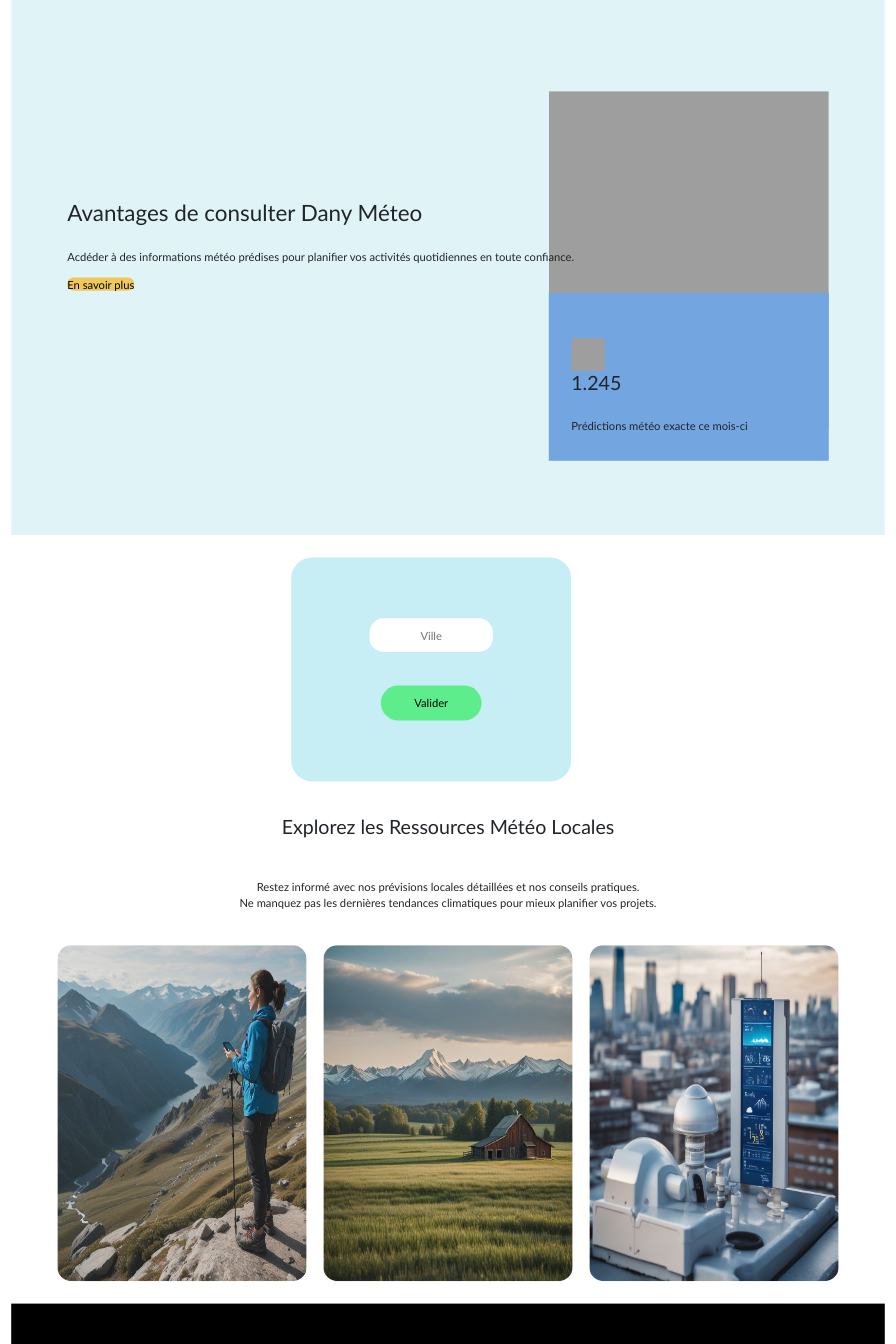
Repository: Dany-py/Meteo
Page: Meteo/templates/Accueil.html
The author's editor kept a copy of each file at every save. The page is drawn from the files as they stood at one save, then again after a run of saves.
The browser window is 1280 px wide. The pictures show the part of the page from y = 1515 to 3435 px (the page is 3554 px tall), at 70% of full size.
Pictures or frames that could not be fetched are drawn as grey boxes. The template is drawn by Django 5.2. The application's start-up code is not run. Other server files are loaded and not shown. The template is opened directly, without the code that normally fills it, so the values that code supplies are empty.

Above is the page before, as saved 2024-11-18 14:06:30.

### MeteoDjango/MeteoDjango/Meteo/templates/Accueil.html
{% load static %}

<!DOCTYPE html>
<html>

<head>
  <meta charset="utf-8">
  <meta name="viewport" content="width=device-width">
  <title>Accueil_Meteo</title>
  <link href="https://cdn.jsdelivr.net/npm/bootstrap@5.3.3/dist/css/bootstrap.min.css" rel="stylesheet" integrity="sha384-QWTKZyjpPEjISv5WaRU9OFeRpok6YctnYmDr5pNlyT2bRjXh0JMhjY6hW+ALEwIH" crossorigin="anonymous">
  <script src="https://cdn.jsdelivr.net/npm/bootstrap@5.3.3/dist/js/bootstrap.bundle.min.js" integrity="sha384-YvpcrYf0tY3lHB60NNkmXc5s9fDVZLESaAA55NDzOxhy9GkcIdslK1eN7N6jIeHz" crossorigin="anonymous"></script>

  <link rel="stylesheet" href="{% static 'css/accueil.css' %}">
</head>

<body>
  <nav class="navbar navbar-expand-md" style="background-color:#FBFCFC; position: fixed; width: 100%; top: 0;">

    <div class="container" id="nav">
      <div class="row">
        <div class="col-md-5"></div>
        <div class="col-md-7">
          <div class="row">
            <div class="col-md-4">
              <a class = "btn" href = "{% url 'Meteo:accueil' %}">
                Accueil
              </a>
            </div>
            <div class="col-md-4">
              <a class = "btn" href = "{% url 'Meteo:about' %}">
                About
              </a>
            </div>
            <div class="col-md-4">
              <a class = "btn" href = "{% url 'Meteo:contact' %}">
                Contact
              </a>
            </div>
          </div>
        </div>
      </div>
    </div>
  </nav>

  <div class = "container-fluid" id = "introduction">

    <h1>Bienvenue sur Dany Meteo</h1>
    <br><br><br><br>
    <p>Découvrez les prévisions météo locales et des conseils pratiques pour comprendre les tendances climatiques.</p>
    <br><br><br><br>
    <a href="#main_div">Commençons</a>
  </div>

  <div class = "container" id="img5">
    <img src="img/img5.jpeg">
  </div>

  <div class="container-fluid" id="div2">
    <div class="writen">
      <h2>Avantages de consulter Dany Méteo</h2> <br>
      <p>Acdéder à des informations météo prédises pour planifier vos activités quotidiennes en toute confiance.</p>
      <a href="">En savoir plus</a>
    </div>

    <div class="figure">
      <img src="img/img3.jpg">

      <span class="under_figure">
        <img src="img/neige.png" id="icon1">
        <h3>1.245</h3><br>
        <p>Prédictions météo exacte ce mois-ci</p>
      </span>
    </div>
  </div>

  <div class = "container" id="parent_main_div">
    <div class = "row">
      <div class = "col-md-4"></div>
      <div class = "col-md-4" id = "main_div">
        <input type="text" placeholder="Ville" id="input">
        <br><br>
        <button id = "btn">Valider</button>
      </div>
      <div class = "col-md-4"></div>
    </div>
  </div>

  <div class = "container" id = "div3">
    <h3>
      Explorez les Ressources Météo Locales
    </h3><br><br>
    <p>
      Restez informé avec nos prévisions locales détaillées et nos conseils pratiques.<br>Ne manquez pas les dernières tendances climatiques pour mieux planifier vos projets.
    </p>

    <div class="row">
      <div class="col-md-4">
        <img src="{% static 'img/img2.jpg' %}" alt="">
      </div>
      <div class="col-md-4">
        <img src="{% static 'img/img1.jpg' %}" alt="">
      </div>
      <div class="col-md-4">
        <img src="{% static 'img/img4.jpeg' %}" alt="">
      </div>
    </div>
  </div>

  <footer>
    <div class="container-fluid text-center">
      <p1>
        <br><br><br>
        Copyright &copy; 2024 Dany Meteo. Tous droits réservés.
      </p1>
    </div>
  </footer>

  <script src="{% static 'js/Accueil.js' %}" type = module></script>
</body>

</html>

### MeteoDjango/MeteoDjango/Meteo/static/css/accueil.css

body{
  font-family: Gill Sans, sans-serif;
  padding: 1em;
  align-items: center;
  justify-content: center;
}

button{
  background-color: #5eed8d;
  text-align: center;
  border : none;
  border-radius: 30px;
  width : 9rem;
  height: 50px;
}

h{
  font-weight: 900;
}


#introduction{
  text-align: center;
  margin-top: 2em;
  padding: 13em;
  border-radius: 2px;
  background: rgb(238,238,238);
  background: linear-gradient(34deg, rgba(238,238,238,0.34905660377358494) 26%, rgba(166,219,238,1) 46%, rgba(241,244,245,1) 71%);
}

a{
  text-decoration: none;
  color: black;
  background-color: #f0c85b;
  text-align: center;
  border : none;
  border-radius: 30px;
}

#img5{
  width: 100%;
  height: 70%;
}

img{
  width: 100%;
  height: 30rem;
  border-radius: 20px;
  margin-top: 2em;

}

#parent_main_div{
  display: flex;
  flex-grow: 1;
  flex-direction: column;
  justify-content: center;
  align-items: center;
}

#main_div{
  display: flex;
  flex-wrap: wrap;
  flex-direction: column;
  justify-content: center;
  align-items: center;
  background-color: #c8eef5;
  margin-top: 2em;
  width : 25rem;
  height: 20rem;
  border-radius: 30px;
}


input{
  border: none;
  text-align : center;
  width : 11rem;
  height: 3em;
  border-radius : 20px;
}


#div2{
  background-color: #e0f4f8;
  margin-top: 7em;
  padding: 5rem;
  width: 100%;
  height: 55rem;
}

.writen{
  transform: translateY(20rem);

}
.figure{
  float: right;
  width: 25rem;
  height: 10rem;
  display: flex;
  flex-grow: 1;
}
.figure img{
  border-radius: 0;
  flex-grow: 1;
}

.under_figure{
  background-color: #73a6e0;
  width: 25rem;
  height: 15rem;
  position: absolute;
  padding: 2em;
  margin-top: 20em;
}

#icon1{
  width: 3rem;
  height: 3rem;
}

#div3{
  text-align: center;
  margin-top: 3em;
}

#div3 img{
  -webkit-transition: all 0.2s;
  -moz-transition: all 0.2s;
  -ms-transition: all 0.2s;
  -o-transition: all 0.2s;
  transition: all 0.2s;
}

img:hover{
  transform:rotate3d(0,1,0,180deg);
}

footer{
  background-color: black;
  color: white;
  margin-top: 2em;
  width: 100%;
  height: 10em;
}

@media screen and (max-width : 450px) {

  #introduction{
    text-align: center;
    margin-top: 2em;
    width: 15rem;
    height: 50rem;
    padding: 5em;
    border-radius: 2px;
    background: rgb(238,238,238);
    background: linear-gradient(34deg, rgba(238,238,238,0.34905660377358494) 26%, rgba(166,219,238,1) 46%, rgba(241,244,245,1) 71%);
  }


  #main_div{
    display: flex;
    flex-wrap: wrap;
    flex-direction: column;
    justify-content: center;
    align-items: center;
    background-color: #c8eef5;
    margin-top: 2em;
    width : 15rem;
    height: 20rem;
    border-radius: 30px;
  }

  #div2{
    margin-top: 2em;
    padding: 2rem;
    width: 100%;
    height: 40rem;
  }

  .writen{
    transform: translateY(10rem);
  }
  .figure{
    display: none;
  }
}

### MeteoDjango/MeteoDjango/Meteo/static/js/Accueil.js

addEventListener("DOMContentLoaded", () => Ma_signature());

const input = document.querySelector("#input");

const response = document.querySelector("#response");

const button = document.querySelector("#btn");

button.addEventListener("click", () => Meteo_API());

function Meteo_API() {
  if(input.value == ""){
    alert("Veuillez saisir une ville");
  } else {
    fetch('api_request_view/', {
      method: 'POST',
      headers: {
        'Content-Type': 'application/json',
      },
      body: JSON.stringify({
        'town': input.value,
      })
    }).then((response) => {
      return response.json();
    }).then((data) => {
      const data_text = document.createElement("p");
      data_text.innerText = data.message;
      console.log(data);
      response.innerText = ""; // Assure que l'élément "response" est vidé
      response.appendChild(data_text); // Ajoute le paragraphe au DOM
    }).catch((error) => {
      console.error("Erreur lors de la requête:", error);
    });
  }
}



function Ma_signature() {
  const p =
    "Site réaliser par DEGBE Koffitsè Daniel. Contact : www.linkedin.com/in/daniel-degbe-a4078629b";
  console.log(p);
}

After the next 8 saves:
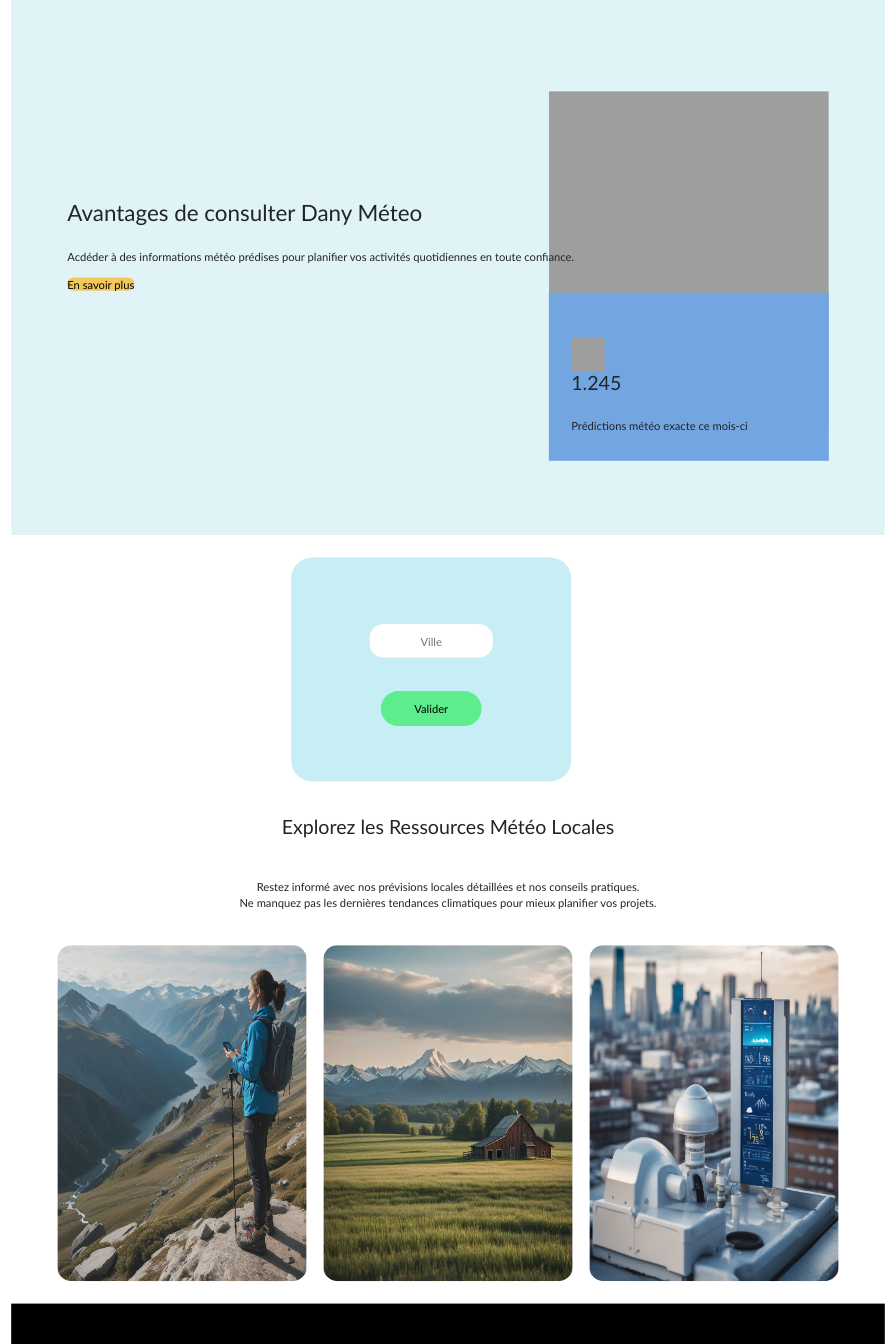
The 8 saves are shown as one change because they came seconds apart.
The last was saved 25 s later.
--- a/MeteoDjango/MeteoDjango/Meteo/templates/Accueil.html
+++ b/MeteoDjango/MeteoDjango/Meteo/templates/Accueil.html
@@ -77,6 +77,7 @@
     <div class = "row">
       <div class = "col-md-4"></div>
       <div class = "col-md-4" id = "main_div">
+        <p id="response"></p>
         <input type="text" placeholder="Ville" id="input">
         <br><br>
         <button id = "btn">Valider</button>
